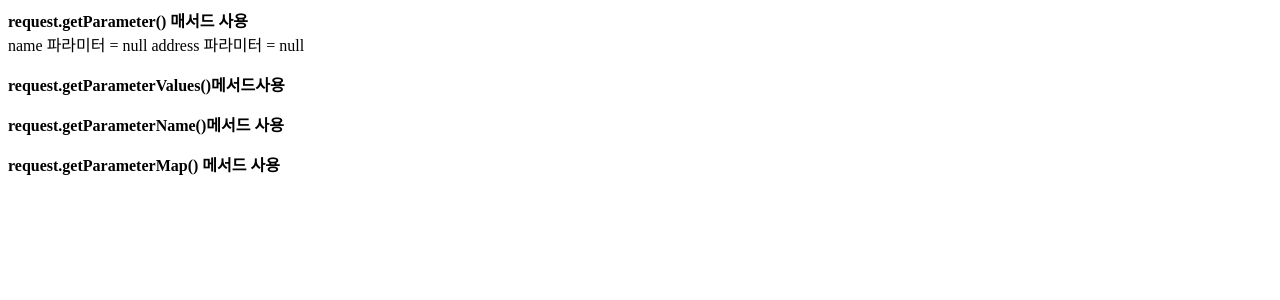
Repository: ikobean/ikoebean
Page: http://localhost/dev_jsp/ch3/viewParameter.jsp
An editor plug-in stored every save of this project. The page is shown before and after the next save, followed by the edit.
The browser window is 1280 px wide. The pictures show the whole page.
The page is served by Tomcat 9. Other server files are loaded and not shown.

Above is the page before, as saved 2019-07-15 03:38:13.

### workspace_jsp/dev_jsp/WebContent/ch3/viewParameter.jsp
<%@ page language="java" contentType="text/html; charset=UTF-8"
    pageEncoding="UTF-8"%>
    <%@ page import="java.util.Enumeration" %>
    <%@ page import="java.util.Map" %>
<!DOCTYPE html>
<html>
<head>
<meta charset="UTF-8">
<title>요청 파라미터 출력</title>
</head>
<body>
<b> request.getParameter() 매서드 사용</b><br>
name 파라미터 = <%= request.getParameter("name") %>
address 파라미터 = <%= request.getParameter("address") %>
<p>
<b>request.getParameterValues()메서드사용</b><br>
<%
	String[] values=request.getParameterValues("pet");
	if(values!=null){
		for(int i=0; i<values.length;i++){
%>
<%= values[i]%>
<%
		}
	}

%>
<p>
<b>request.getParameterName()메서드 사용</b><br>
<%
	Enumeration paramEnum = request.getParameterNames();
	while(paramEnum.hasMoreElements()){
		String name = (String)paramEnum.nextElement();
%>
	<%=name %>
<%
	}
%>
<p>
<b> request.getParameterMap() 메서드 사용</b><br>

<%
	Map parameterMap = request.getParameterMap();
	String[] nameParam = (String[])parameterMap.get("name");
	if(nameParam!=null){
%>
name = <%=nameParam[0] %>

<%
	}
%>
</body>
</html>

After the next save:
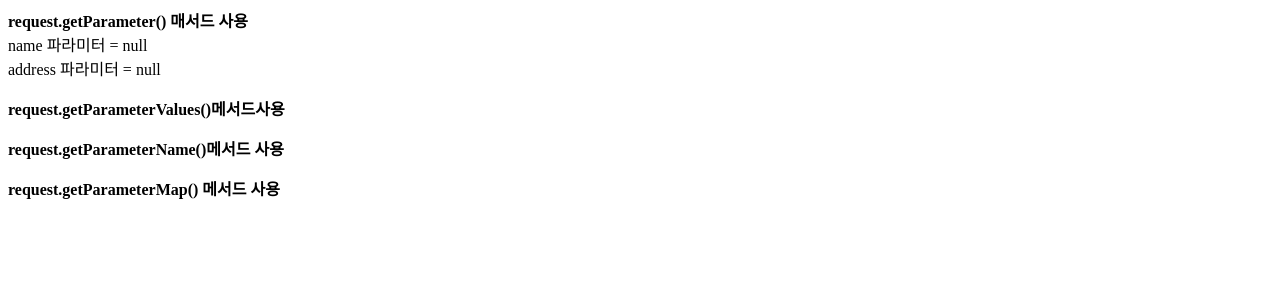
Saved 3 min 50 s later.
--- a/workspace_jsp/dev_jsp/WebContent/ch3/viewParameter.jsp
+++ b/workspace_jsp/dev_jsp/WebContent/ch3/viewParameter.jsp
@@ -10,7 +10,7 @@
 </head>
 <body>
 <b> request.getParameter() 매서드 사용</b><br>
-name 파라미터 = <%= request.getParameter("name") %>
+name 파라미터 = <%= request.getParameter("name") %> <br>
 address 파라미터 = <%= request.getParameter("address") %>
 <p>
 <b>request.getParameterValues()메서드사용</b><br>
